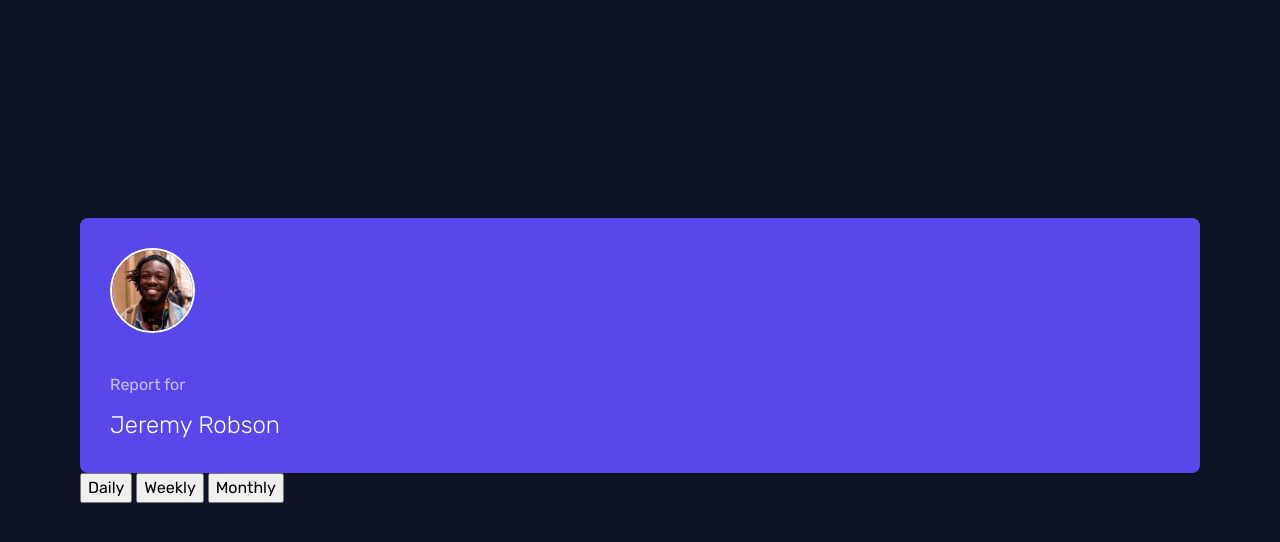
Repository: Akashiii1/WebTimeTracking_Day6
Page: index.html
These files come from the project's save history. The page is drawn as it stood at one moment and after the next save; the edit follows.
The browser window is 1280 px wide. The pictures show the whole page.

Above is the page before, as saved 2021-12-26 23:47:52.

After the next save:
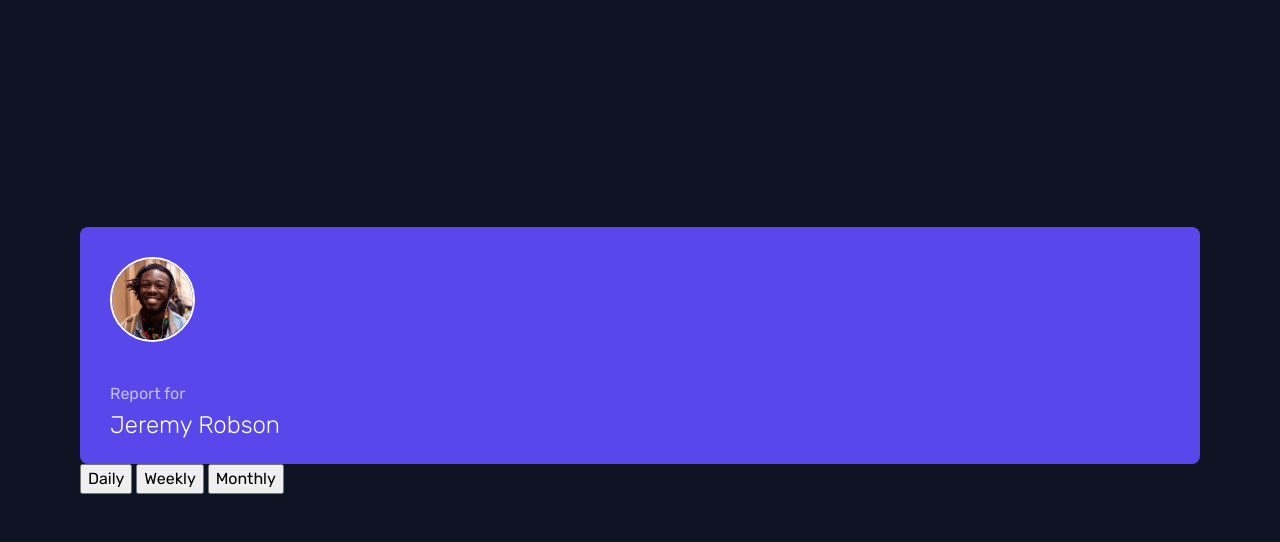
Saved 27 s later.
--- a/style.css
+++ b/style.css
@@ -82,6 +82,7 @@ body{
 .user-name{
   color: #fff;
   font-weight: 300;
+  line-height: 18px;
 }
 /* remove animation for people who've turned them off */
 @media (prefers-reduced-motion: reduce) {
